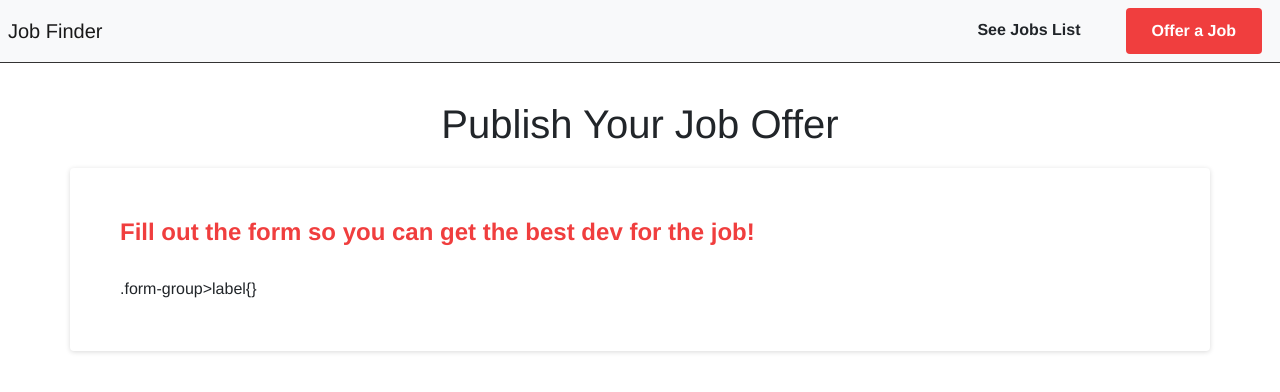
Repository: doncsar/couse-jobfinder-app
Page: templates/add.html
The author's editor kept a copy of each file at every save. The page is drawn from the files as they stood at one save, then again after the next save.
The browser window is 1280 px wide. The pictures show the whole page.

Above is the page before, as saved 2023-12-20 20:19:47.

### templates/add.html
<!DOCTYPE html>
   <head>
      <meta charset="UTF-8" />
      <meta name="viewport" content="width=device-width, initial-scale=1.0" />
      <title>Add Job</title>
      <link
         href="https://cdn.jsdelivr.net/npm/bootstrap@5.2.3/dist/css/bootstrap.min.css"
         rel="stylesheet"
         integrity="sha384-rbsA2VBKQhggwzxH7pPCaAqO46MgnOM80zW1RWuH61DGLwZJEdK2Kadq2F9CUG65"
         crossorigin="anonymous"
      />
      <link rel="stylesheet" href="../public/css/styles.css" />
   </head>
<body>
         <header>
         <nav class="navbar fixed-top navbar-expand-lg navbar-light bg-light">
            <a href="index.html" class="navbar-brand">Job Finder</a>
            <button
               class="navbar-toggler"
               type="button"
               data-bs-toggle="collapse"
               data-bs-target="#navbarNav"
               aria-controls="navbarNav"
               aria-expanded="false"
               aria-label="Toggle navigation "
            >
               <span class="navbar-toggle-icon"></span>
            </button>
            <div
               class="collapse navbar-collapse justify-content-end"
               id="navbarNav"
            >
               <ul class="navbar-nav ml-auto">
                  <li class="nav-item">
                     <a class="nav-link" href="index.html">See Jobs List</a>
                  </li>
                  <li class="nav-item">
                     <a href="#" class="nav-link btn btn-primary"
                        >Offer a Job</a
                     >
                  </li>
               </ul>
            </div>
         </nav>
      </header>
      <div id="add-form-container" class="container">
         <div class="row">
            <div class="col-md-12">
               <h1 class="text-center">Publish Your Job Offer</h1>
            </div>
            <div id="form-box" class="col-md-12">
               <h2>Fill out the form so you can get the best dev for the job!</h2>
               <form action="">
                  .form-group>label{}
               </form>
            </div>
         </div>
      </div>


      <script
         src="https://cdn.jsdelivr.net/npm/bootstrap@5.2.3/dist/js/bootstrap.bundle.min.js"
         integrity="sha384-kenU1KFdBIe4zVF0s0G1M5b4hcpxyD9F7jL+jjXkk+Q2h455rYXK/7HAuoJl+0I4"
         crossorigin="anonymous"
      ></script>
</body>
</html>

### public/css/styles.css
* {
   box-sizing: border-box;
   font-family: Helvetica, sans-serif;
}

/* nav */
.navbar {
   padding: 0.5rem;
   border-bottom: 1px solid #333;
   display: flex;
   justify-content: space-around;
}

.navbar .nav-item a {
   color: #212529;

}

.navbar .btn a {
   color: #fff;
}

.nav-item {
   margin: 0 10px;
}

.navbar-expand-lg .navbar-nav .nav-link {
   padding: 10px 25px;
   font-weight: bold;
}

.navbar .nav-item .btn {
   color: #fff;
   background-color: #f03e3e;
   border: 1px solid transparent;
   border-radius: 4px;
}

.nav-link.btn.btn-primary:hover,
#search-form button:hover,
.list-group-item a:hover,
#form-box button:hover {
   background-color: #fff;
   color: #f03e3e;
   border-color: #f03e3e;
   border-radius: 4px;
}

/* banner */
#top-container {
  height: 32rem;
   padding: 110px;
   background-color: #f7f9fc;
   border-bottom: 4px solid #01224b;
   margin-bottom: 30px;
   background-image: url('../img/banner2.jpg');
   background-position: 0 80px;
   background-size: cover;
   color: #fff;
}

#main-title {
   padding: 25px 10px;
   font-size: 3rem;
}

#main-subtitle {
   font-size: 1rem;
   margin-bottom: 5rem;
}

/* form */

#search-form {
   padding: 30px 100px;
}

#search-form .col-md-10,
#search-form .col-md-2 {
   padding: 0;
}

#search-form input,
#search-form button {
   width: 100%;
   border-radius: 0;
   height: 50px;
   font-size: 18px;
}

#search-form button {
   color: #fff;
   background-color: #f03e3e;
   border: 1px solid transparent;
   border-radius: 4px;
}

/* lista */

#jobs-container {
   padding: 0 100px;
   padding-bottom: 50px;
}

#job-list .list-group-item {
   margin-bottom: 8px;
   border: 1px solid #ffbebe;
   padding: 15px 80px;
   color: #212529;
   height: 120px;
}

#job-list .list-group-item p {
   font-size: 14px;
   margin-bottom: 5px;
}

#job-list .list-group-item.new-job {
   border: none;
   background-color: #fff7cc;
}

#job-list-title {
   margin-bottom: 35px;
}

.list-group-item img {
   width: 80px;
   border: 1px solid #212529;
   border-radius: 50%;
   background-color: #fff;
   position: absolute;
   left: -40px;
   top: calc(50% - 40px);
}

.list-group-item a {
   position: absolute;
   right: 20px;
   top: 35px;
   height: 50px;
   line-height: 35px;
   background-color: #f03e3e;
   border: 1px solid transparent;
   border-radius: 6px;
   color: #fff;
}

.new-job-label {
   background-color: #fde154;
   color: #6a6100;
   text-transform: uppercase;
   font-weight: bold;
   padding: 5px 10px;
   position: absolute;
   right: 250px;
   top: 40px;
   display: none;
}

.new-job .new-job-label {
   display: block;
}

/* add page */

#add-form-container {
   margin-top: 100px;
}

#form-box {
   padding: 50px;
   box-shadow: 0 1px 5px rgba(0, 0, 0, 0.15);
   border-radius: 4px;
   background-color: #fff;
   margin-bottom: 50px;
}

#add-form-container h1 {
   margin-bottom: 20px;
}

#add-form-container h2 {
   color: #f03e3e;
   font-weight: bold;
   font-size: 24px;
   margin-bottom: 30px;
}

#add-form-container form label {
   font-weight: bold;
}

#add-form-container form input,
#add-form-container form textarea {
   border: 2px solid #ccc;
   background-color: #f8f9fa;
}

#form-box button {
   height: 50px;
   width: 200px;
   background-color: #f03e3e;
   border: 1px solid transparent;
   border-radius: 0;
   margin-top: 20px;
}

/* job-view */

#job-view-container {
   margin-top: 100px;
}

#job-view-container h1 {
   margin-bottom: 30px;
}

#img-container {
   margin-top: 20px;
   margin-bottom: 30px;
}

#img-container img {
   width: 100px;
   border-radius: 50%;
   border: 1px solid #212529;
}

.job-desc {
   width: 60%;
   margin-left: auto;
   margin-right: auto;
}

.bold {
   font-weight: bold;
}

.main-color {
   color: #f03e3e;
}

.back-link {
   border: 1px solid #f03e3e;
   padding: 5px 10px;
   transition: 0.5s;
}

.back-link:hover {
   background-color: #f03e3e;
   color: #fff;
   text-decoration: none;
}

/* responsivo */

@media (max-width: 481px) {
   /* navbar */
   #navbarNav {
      text-align: center;
   }

   /* home */
   #top-container {
      padding: 50px;
      padding-top: 100px;
   }

   #main-title {
      font-size: 2.2rem;
   }

   #main-subtitle {
      font-size: 1.5rem;
   }

   #search-form {
      padding: 0;
   }

   #jobs-container {
      padding: 20px;
   }

   .list-group-item {
      padding: 15px 85px;
   }

   .list-group-item h2 {
      font-size: 1.2rem;
      width: 80%;
   }

   .list-group-item img {
      width: 50px;
      left: 15px;
      top: calc(50% - 25px);
   }

   .new-job .new-job-label {
      display: none;
   }

   /* job view*/

   .back-link {
      margin-left: 30px;
   }

   #job-view-container p {
      font-size: 1.3rem;
   }

   .job-desc {
      width: 80%;
   }

   /* add view */

   #form-box {
      padding: 25px;
   }

   #form-box h2 {
      font-size: 1rem;
      text-align: center;
   }

   #form-box button {
      width: 100%;
   }
}

After the next save:
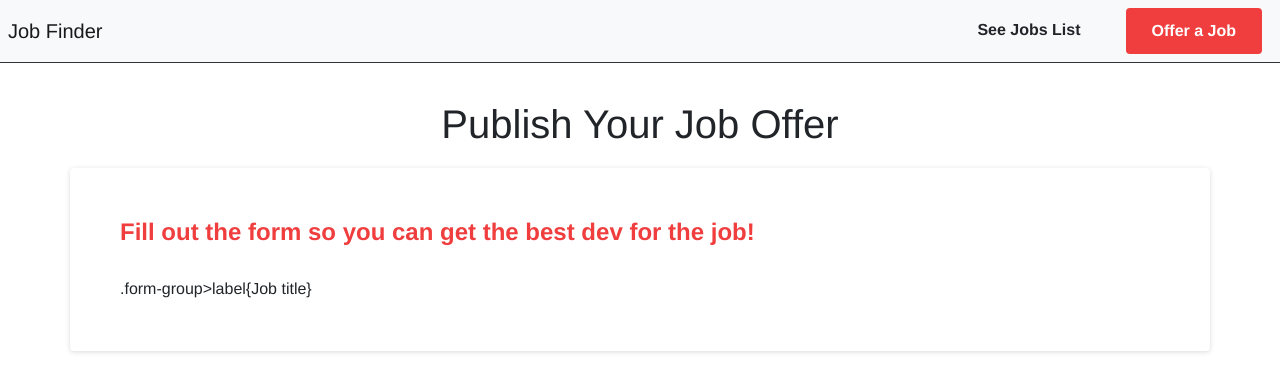
Saved 4 s later.
--- a/templates/add.html
+++ b/templates/add.html
@@ -51,7 +51,7 @@
             <div id="form-box" class="col-md-12">
                <h2>Fill out the form so you can get the best dev for the job!</h2>
                <form action="">
-                  .form-group>label{}
+                  .form-group>label{Job title}
                </form>
             </div>
          </div>
